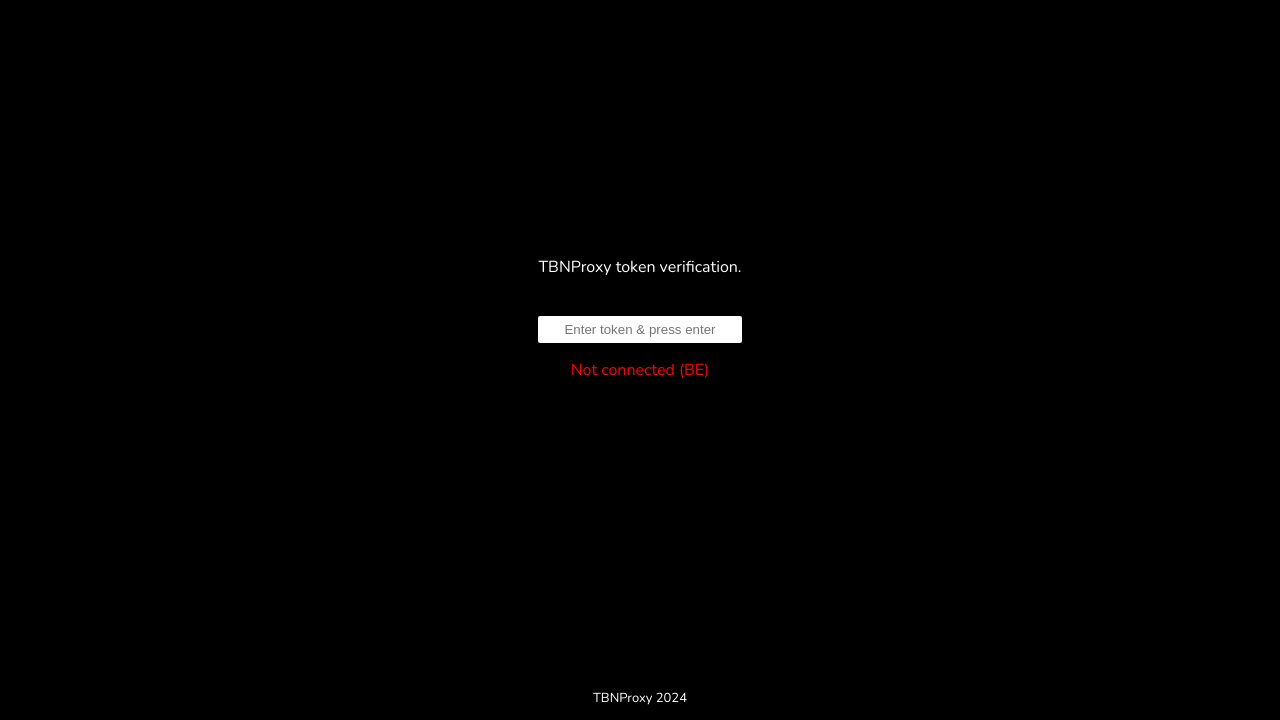
Repository: txdr/TBNProxyJS
Page: smdjd/desktop-views/index.html
The author's editor kept a copy of each file at every save. The page is drawn from the files as they stood at one save, then again after the next save.
The browser window is 1280 px wide. The pictures show the whole page.
The page's requests for data from a server got no answer.

Above is the page before, as saved 2025-01-07 16:13:38.
Console error: TypeError: Cannot read properties of undefined (reading 'value')

### smdjd/desktop-views/index.html
<!DOCTYPE html>

<head>
    <meta charset="UTF-8">
    <meta name="viewport" content="width=device-width, initial-scale=1.0">
    <title>TBNProxy</title>
    <link href="https://fonts.googleapis.com/css2?family=Nunito:ital,wght@0,200..1000;1,200..1000&display=swap" rel="stylesheet">
    <link rel="stylesheet" href="css/style.css">
</head>

<body>
    <div id="token">
        <p>TBNProxy token verification.</p> <br/>
        <input id="tokenInput" placeholder="Enter token & press enter"> <br/>
        <p id="verification-error">Not connected (BE)</p>
    </div>

    <div id="home">
        <div id="proxy" class="infoBox">
            <p style="font-size: 20px;">Proxy</p> <hr/>
            <button id="proxyStart" onclick="proxyStart()">Start Proxy</button>
            <p id="serverInfo">Server Offline</p> <br />
            <p id="proxyStatus" style="color: red;">Current Status: Offline</p>
        </div>

        <div id="servers" class="infoBox">
            <p style="font-size: 20px;">Servers</p> <hr/>
            <p>Add Server</p>
            <input id="addServer" placeholder="Enter IP and press enter">
            <p>Select Server</p>
            <select id="serverSelect"></select> <br/>
            <button onclick="removeServer()">Remove Server</button>
        </div>

        <div id="authentication" class="infoBox">
            <p style="font-size: 20px;">Authentication</p> <hr/>
            <p id="authMessage" style="color: red;">No Authentication Needed.</p> <br/>
            <button id="openLink">Open Link</button>
        </div>
    </div>

    <div class="footer">
        <p style="font-size: 13px;">TBNProxy 2024</p>
    </div>

    <script src="https://cdnjs.cloudflare.com/ajax/libs/socket.io/4.8.1/socket.io.js"></script>
    <script src="js/home.js"></script>
</body>

### smdjd/desktop-views/css/style.css
body {
    background: black;

    margin: 0;
    height: 150px;
    font-family: "nunito", "sans-serif";
}

.infoBox {
    display: inline-block;
    margin: 30px;
    padding: 10px;
    background-color: gray;
    border-radius: 10px;
    border: dimgrey;
    text-align: center;
    color: white;
    width: 250px;
    height: 200px;
}

.infoBox hr {
    width: 50%;
}

button {
    border: none;
    text-align: center;
}

.infoBox p {
    padding: 0;
    margin: 0;
}

.infoBox button {
    background-color: black;
    border-color: transparent;
    border-radius: 2px;
    color: white;
    width: 120px;
    height: 35px;
}

#home {
    color: white;
}

#token {
    margin-top: 20%;
    color: white;
    width: 100%;
    height: 100%;
    text-align: center;
}

textarea:focus, input:focus{
    outline: none;
}

#token input {
    border: none;
    border-radius: 2px;
    width: 200px;
    height: 25px;
    text-align: center;
}

#home input {
    border: none;
    border-radius: 2px;
    width: 200px;
    height: 25px;
    text-align: center;
}

#home select {
    width: 200px;
    height: 25px;
    text-align: center;
    border-radius: 2px;
    border: none;
}

#home button {
    margin-top: 10px;
}

#home input {
    margin-top: 5px;
}

#verification-error {
    color: red;
}

#home {
    display: none;
    grid-template-columns: repeat(2, 1fr);
}

.footer {
    position: fixed;
    left: 0;
    bottom: 0;
    width: 100%;
    color: white;
    text-align: center;
}

### smdjd/desktop-views/js/home.js
const socket = io("http://localhost:3000");

function getServers() {
    return JSON.parse(localStorage.getItem("servers"));
}

function setAuthInfo(link, code) {
    document.getElementById("authMessage").style.color = "orange";
    document.getElementById("authMessage").innerHTML = `Your Code Is: ${code}<br/>Press the button below to open the auth link.`;
    document.getElementById("openLink").disabled = false;
    document.getElementById("openLink").onclick = () => {
        document.getElementById("authMessage").innerHTML = "Please wait...";
        socket.emit("openLink", `${link}?otc=${code}`);
        document.getElementById("openLink").disabled = true;
    };
}

function endAuthInfo() {
    document.getElementById("authMessage").style.color = "green";
    document.getElementById("authMessage").innerHTML = "Authenticated";
    document.getElementById("openLink").remove();
}

function setProxyStatus(status, good = false) {
    document.getElementById("proxyStatus").style.color = good ? "green" : "red";
    document.getElementById("proxyStatus").innerHTML = "Current Status: " + status;
}

function setServerInfo(info) {
    document.getElementById("serverInfo").innerHTML = info;
}

function proxyStart() {
    socket.emit("proxyStart", getSelectedServer());
    setProxyStatus("Connecting");
}

function removeServer() {
    let newServers = [];
    for (const server of getServers()) {
        if (server === getSelectedServer()) {
            continue;
        }
        newServers.push(server);
    }
    localStorage.setItem("servers", JSON.stringify(newServers));
    updateServers();
}

function addServer(server) {
    const servers = getServers();
    servers.push(server)
    localStorage.setItem("servers", JSON.stringify(servers));
    updateServers();
}

function getSelectedServer() {
    const select = document.getElementById("serverSelect");
    return select.options[select.selectedIndex].value;
}

function updateServers() {
    document.getElementById("serverSelect").innerHTML = "";
    for (const item of getServers()) {
        const newItem = document.createElement("option");
        newItem.innerHTML = item;
        document.getElementById("serverSelect").append(newItem);
    }
}

function setVerificationMessage(message, error = true) {
    document.getElementById("verification-error").style.color = error ? "red" : "green";
    document.getElementById("verification-error").innerHTML = message;
}

document.getElementById("tokenInput").addEventListener("keyup", (event) => {
    if (event.key === "Enter") {
        socket.emit("verify", document.getElementById("tokenInput").value);
        document.getElementById("tokenInput").value = "";
    }
});

document.getElementById("addServer").addEventListener("keyup", (event) => {
    if (event.key === "Enter") {
        if (document.getElementById("addServer").value.split(":").length < 2) {
            return;
        }
        addServer(document.getElementById("addServer").value);
        document.getElementById("addServer").value = "";
    }
});

socket.on("connect", () => {
    setVerificationMessage("Connected (BE)", false);
     console.log("Socket connected.");
});

socket.on("verified", () => {
    setVerificationMessage("Key Valid", false);
    document.getElementById("token").remove();
    document.getElementById("home").style.display = "grid";
});

socket.on("failedVerify", (message) => {
    setVerificationMessage(message);
});

if (localStorage.getItem("servers") == null) {
    localStorage.setItem("servers", JSON.stringify([]));
}

setInterval(() => {
    socket.emit("requestBedrockServerInfo", getSelectedServer());
}, 1250);

socket.on("authInfo", (link, code) => {
    setProxyStatus("Authenticating")
    setAuthInfo(link, code);
});

socket.on("proxyFullyConnected", (username) => {
    endAuthInfo();
    setProxyStatus(`Connected (${username})`, true);
});

socket.on("bedrockServerInfo", (res) => {
    if (res.version == null) {
        setServerInfo("Server Offline");
        return;
    }
    setServerInfo(`Version: ${res.version}<br/>Players: ${res.currentPlayers}/${res.maxPlayers}`);
});

document.getElementById("openLink").disabled = true;

updateServers();

After the next save:
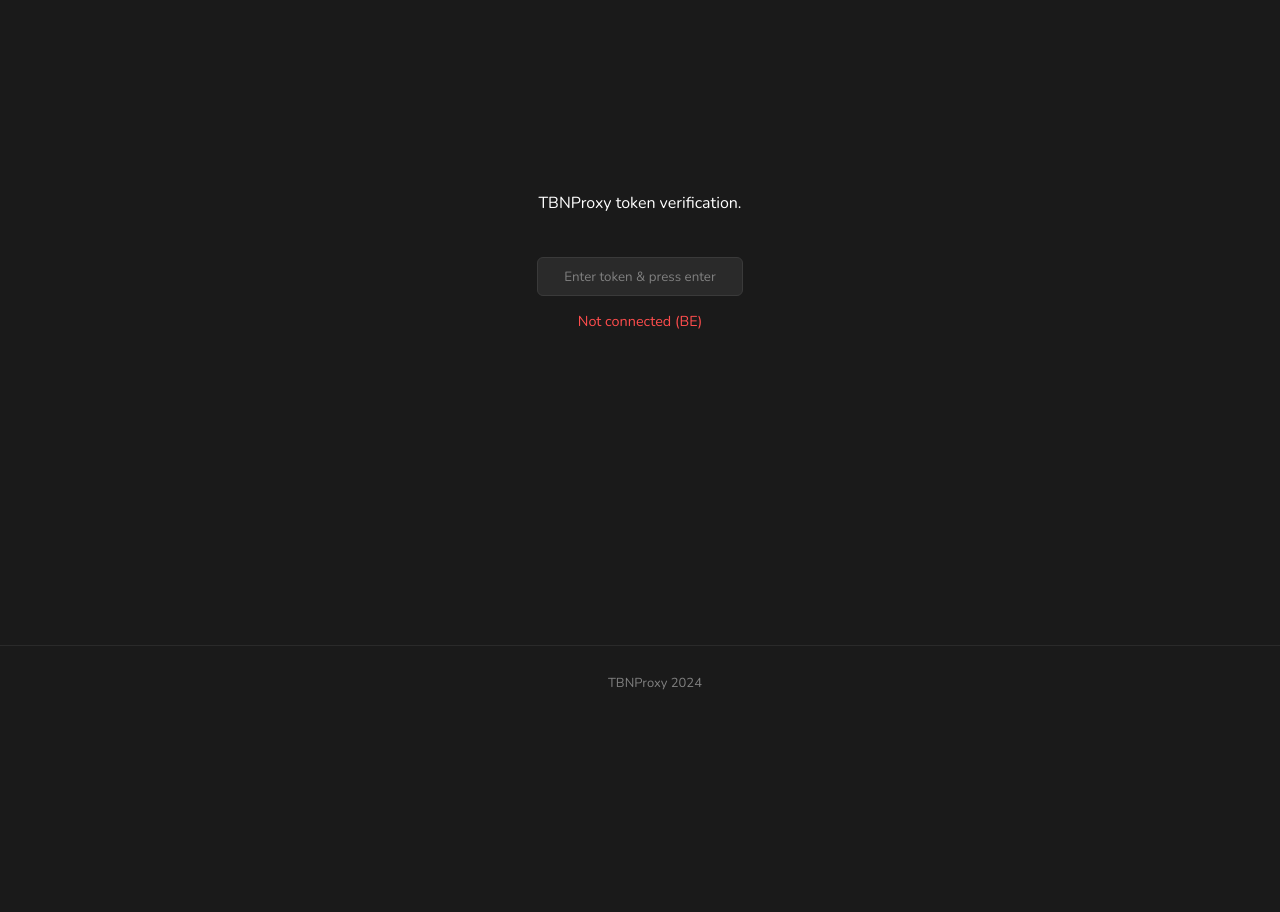
Saved 20 min 9 s later.
--- a/smdjd/desktop-views/css/style.css
+++ b/smdjd/desktop-views/css/style.css
@@ -1,102 +1,120 @@
 body {
-    background: black;
-
+    background: #1a1a1a;
     margin: 0;
-    height: 150px;
-    font-family: "nunito", "sans-serif";
+    min-height: 100vh;
+    font-family: "Nunito", sans-serif;
+    color: #ffffff;
 }
 
 .infoBox {
     display: inline-block;
-    margin: 30px;
-    padding: 10px;
-    background-color: gray;
-    border-radius: 10px;
-    border: dimgrey;
+    margin: 20px;
+    padding: 20px;
+    background-color: #2a2a2a;
+    border-radius: 12px;
+    border: 1px solid #3a3a3a;
     text-align: center;
     color: white;
-    width: 250px;
-    height: 200px;
+    width: 280px;
+    height: 220px;
+    box-shadow: 0 4px 6px rgba(0, 0, 0, 0.1);
+    transition: transform 0.2s ease, box-shadow 0.2s ease;
+}
+
+.infoBox:hover {
+    transform: translateY(-2px);
+    box-shadow: 0 6px 12px rgba(0, 0, 0, 0.15);
 }
 
 .infoBox hr {
-    width: 50%;
+    width: 60%;
+    border: none;
+    height: 1px;
+    background: #3a3a3a;
+    margin: 15px auto;
 }
 
 button {
     border: none;
     text-align: center;
+    padding: 8px 16px;
+    border-radius: 6px;
+    font-family: "Nunito", sans-serif;
+    font-weight: 600;
+    cursor: pointer;
+    transition: all 0.2s ease;
 }
 
 .infoBox p {
     padding: 0;
-    margin: 0;
+    margin: 8px 0;
 }
 
 .infoBox button {
-    background-color: black;
-    border-color: transparent;
-    border-radius: 2px;
+    background-color: #4a4a4a;
     color: white;
-    width: 120px;
-    height: 35px;
+    width: 140px;
+    height: 40px;
+    margin: 10px 0;
+}
+
+.infoBox button:hover {
+    background-color: #5a5a5a;
+}
+
+.infoBox button:disabled {
+    background-color: #3a3a3a;
+    cursor: not-allowed;
+    opacity: 0.7;
 }
 
 #home {
     color: white;
+    padding: 20px;
 }
 
 #token {
-    margin-top: 20%;
+    margin-top: 15%;
     color: white;
     width: 100%;
     height: 100%;
     text-align: center;
 }
 
-textarea:focus, input:focus{
+textarea:focus, input:focus, select:focus {
     outline: none;
+    border-color: #4a90e2 !important;
 }
 
-#token input {
-    border: none;
-    border-radius: 2px;
+input, select {
+    background: #2a2a2a;
+    border: 1px solid #3a3a3a;
+    border-radius: 6px;
     width: 200px;
-    height: 25px;
+    height: 35px;
     text-align: center;
+    color: white;
+    font-family: "Nunito", sans-serif;
+    transition: border-color 0.2s ease;
+    margin: 5px 0;
 }
 
-#home input {
-    border: none;
-    border-radius: 2px;
-    width: 200px;
-    height: 25px;
-    text-align: center;
-}
-
-#home select {
-    width: 200px;
-    height: 25px;
-    text-align: center;
-    border-radius: 2px;
-    border: none;
-}
-
-#home button {
-    margin-top: 10px;
-}
-
-#home input {
-    margin-top: 5px;
+input::placeholder {
+    color: #808080;
 }
 
 #verification-error {
-    color: red;
+    color: #ff4d4d;
+    font-size: 0.9em;
+    margin-top: 10px;
 }
 
 #home {
     display: none;
     grid-template-columns: repeat(2, 1fr);
+    gap: 20px;
+    max-width: 1200px;
+    margin: 0 auto;
 }
 
 .footer {
@@ -104,6 +122,10 @@
     left: 0;
     bottom: 0;
     width: 100%;
-    color: white;
+    color: #808080;
     text-align: center;
+    padding: 15px;
+    background: #1a1a1a;
+    font-size: 13px;
+    border-top: 1px solid #2a2a2a;
 }

After the save that followed:
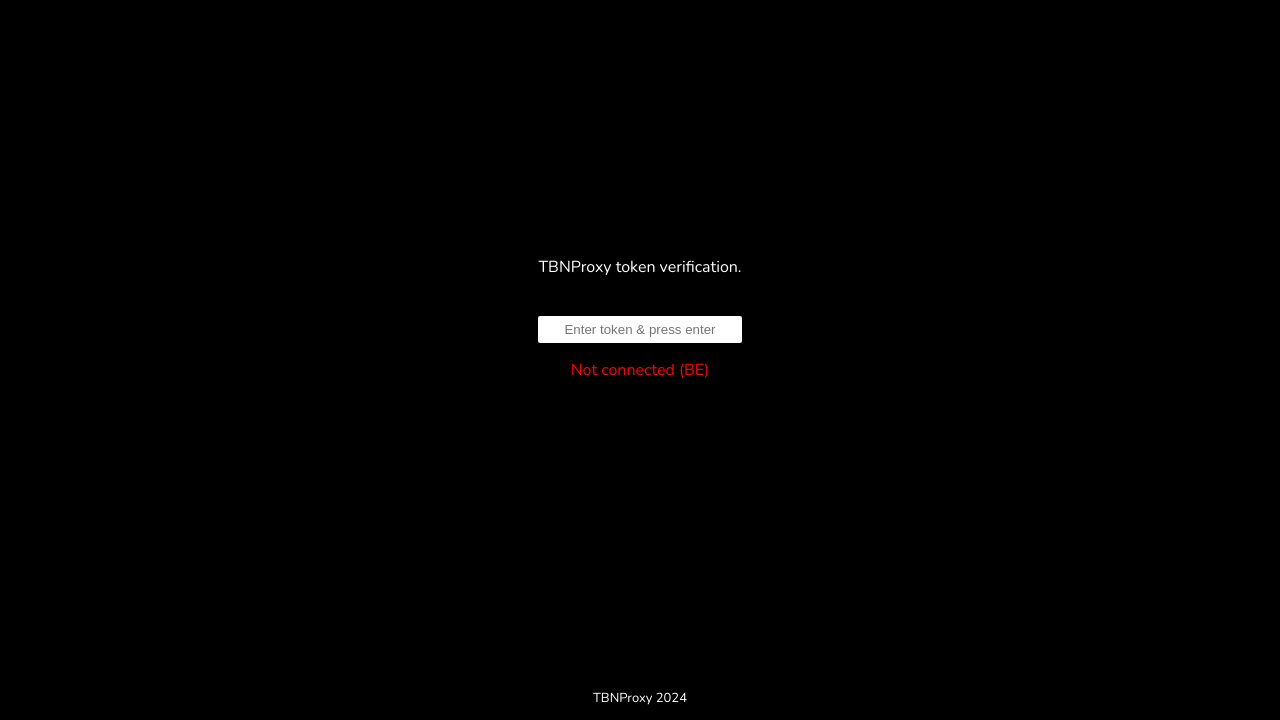
Saved 26 s later.
--- a/smdjd/desktop-views/css/style.css
+++ b/smdjd/desktop-views/css/style.css
@@ -1,120 +1,102 @@
 body {
-    background: #1a1a1a;
+    background: black;
+
     margin: 0;
-    min-height: 100vh;
-    font-family: "Nunito", sans-serif;
-    color: #ffffff;
+    height: 150px;
+    font-family: "nunito", "sans-serif";
 }
 
 .infoBox {
     display: inline-block;
-    margin: 20px;
-    padding: 20px;
-    background-color: #2a2a2a;
-    border-radius: 12px;
-    border: 1px solid #3a3a3a;
+    margin: 30px;
+    padding: 10px;
+    background-color: gray;
+    border-radius: 10px;
+    border: dimgrey;
     text-align: center;
     color: white;
-    width: 280px;
-    height: 220px;
-    box-shadow: 0 4px 6px rgba(0, 0, 0, 0.1);
-    transition: transform 0.2s ease, box-shadow 0.2s ease;
-}
-
-.infoBox:hover {
-    transform: translateY(-2px);
-    box-shadow: 0 6px 12px rgba(0, 0, 0, 0.15);
+    width: 250px;
+    height: 200px;
 }
 
 .infoBox hr {
-    width: 60%;
-    border: none;
-    height: 1px;
-    background: #3a3a3a;
-    margin: 15px auto;
+    width: 50%;
 }
 
 button {
     border: none;
     text-align: center;
-    padding: 8px 16px;
-    border-radius: 6px;
-    font-family: "Nunito", sans-serif;
-    font-weight: 600;
-    cursor: pointer;
-    transition: all 0.2s ease;
 }
 
 .infoBox p {
     padding: 0;
-    margin: 8px 0;
+    margin: 0;
 }
 
 .infoBox button {
-    background-color: #4a4a4a;
+    background-color: black;
+    border-color: transparent;
+    border-radius: 2px;
     color: white;
-    width: 140px;
-    height: 40px;
-    margin: 10px 0;
-}
-
-.infoBox button:hover {
-    background-color: #5a5a5a;
-}
-
-.infoBox button:disabled {
-    background-color: #3a3a3a;
-    cursor: not-allowed;
-    opacity: 0.7;
+    width: 120px;
+    height: 35px;
 }
 
 #home {
     color: white;
-    padding: 20px;
 }
 
 #token {
-    margin-top: 15%;
+    margin-top: 20%;
     color: white;
     width: 100%;
     height: 100%;
     text-align: center;
 }
 
-textarea:focus, input:focus, select:focus {
+textarea:focus, input:focus{
     outline: none;
-    border-color: #4a90e2 !important;
 }
 
-input, select {
-    background: #2a2a2a;
-    border: 1px solid #3a3a3a;
-    border-radius: 6px;
+#token input {
+    border: none;
+    border-radius: 2px;
     width: 200px;
-    height: 35px;
+    height: 25px;
     text-align: center;
-    color: white;
-    font-family: "Nunito", sans-serif;
-    transition: border-color 0.2s ease;
-    margin: 5px 0;
 }
 
-input::placeholder {
-    color: #808080;
+#home input {
+    border: none;
+    border-radius: 2px;
+    width: 200px;
+    height: 25px;
+    text-align: center;
+}
+
+#home select {
+    width: 200px;
+    height: 25px;
+    text-align: center;
+    border-radius: 2px;
+    border: none;
+}
+
+#home button {
+    margin-top: 10px;
+}
+
+#home input {
+    margin-top: 5px;
 }
 
 #verification-error {
-    color: #ff4d4d;
-    font-size: 0.9em;
-    margin-top: 10px;
+    color: red;
 }
 
 #home {
     display: none;
     grid-template-columns: repeat(2, 1fr);
-    gap: 20px;
-    max-width: 1200px;
-    margin: 0 auto;
 }
 
 .footer {
@@ -122,10 +104,6 @@
     left: 0;
     bottom: 0;
     width: 100%;
-    color: #808080;
+    color: white;
     text-align: center;
-    padding: 15px;
-    background: #1a1a1a;
-    font-size: 13px;
-    border-top: 1px solid #2a2a2a;
 }
